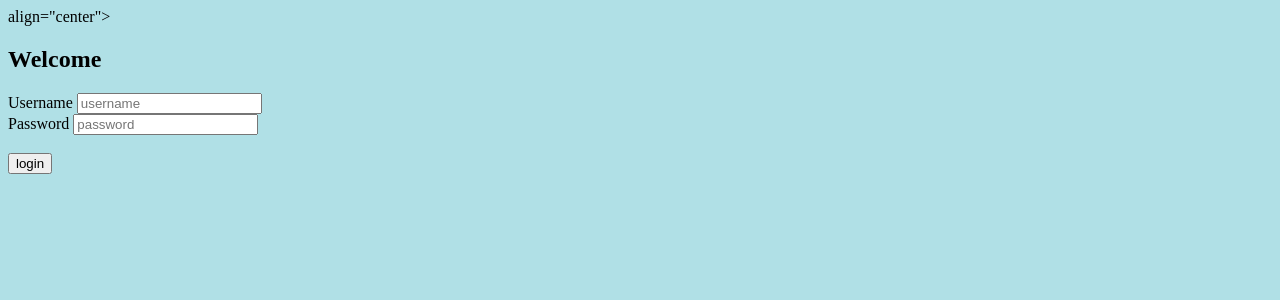
Repository: OrusuRatnamala/JAVA
Page: http://localhost/TrainWeb/create
The author's editor kept a copy of each file at every save. The page is drawn from the files as they stood at one save, then again after the next save.
The browser window is 1280 px wide. The pictures show the whole page.
The page is served by Tomcat 9. Other server files are loaded and not shown.

Above is the page before, as saved 2023-10-11 22:10:05.

### springdao/TrainWeb/src/main/webapp/WEB-INF/pages/create.jsp
<html>
<body style="background-color: powderblue;">
	align="center">
	<form action="login">
		<h2>Welcome</h2>
		Username <input type="text" name="username" required="true"
			placeholder="username" /><br> Password <input type="password"
			name="password" required="true" placeholder="password" /><br> <br>
		<input type="submit" value="login" />
	</form>
</body>
</html>

After the next save:
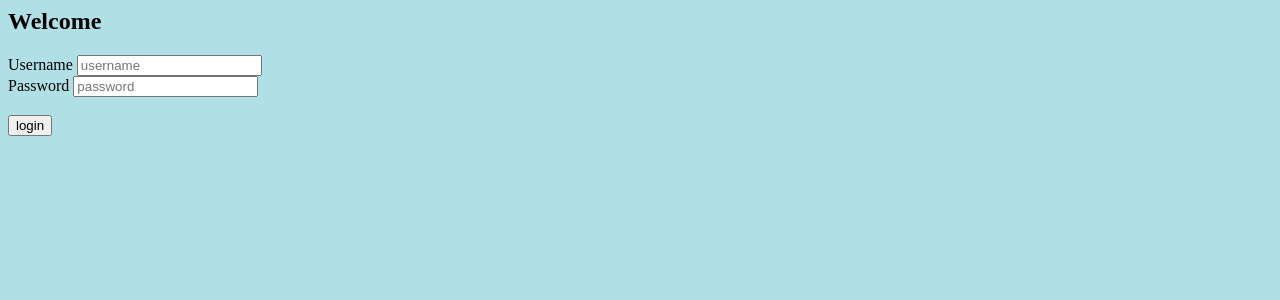
Saved 63 s later.
--- a/springdao/TrainWeb/src/main/webapp/WEB-INF/pages/create.jsp
+++ b/springdao/TrainWeb/src/main/webapp/WEB-INF/pages/create.jsp
@@ -1,6 +1,6 @@
 <html>
 <body style="background-color: powderblue;">
-	align="center">
+	<align="center">
 	<form action="login">
 		<h2>Welcome</h2>
 		Username <input type="text" name="username" required="true"
